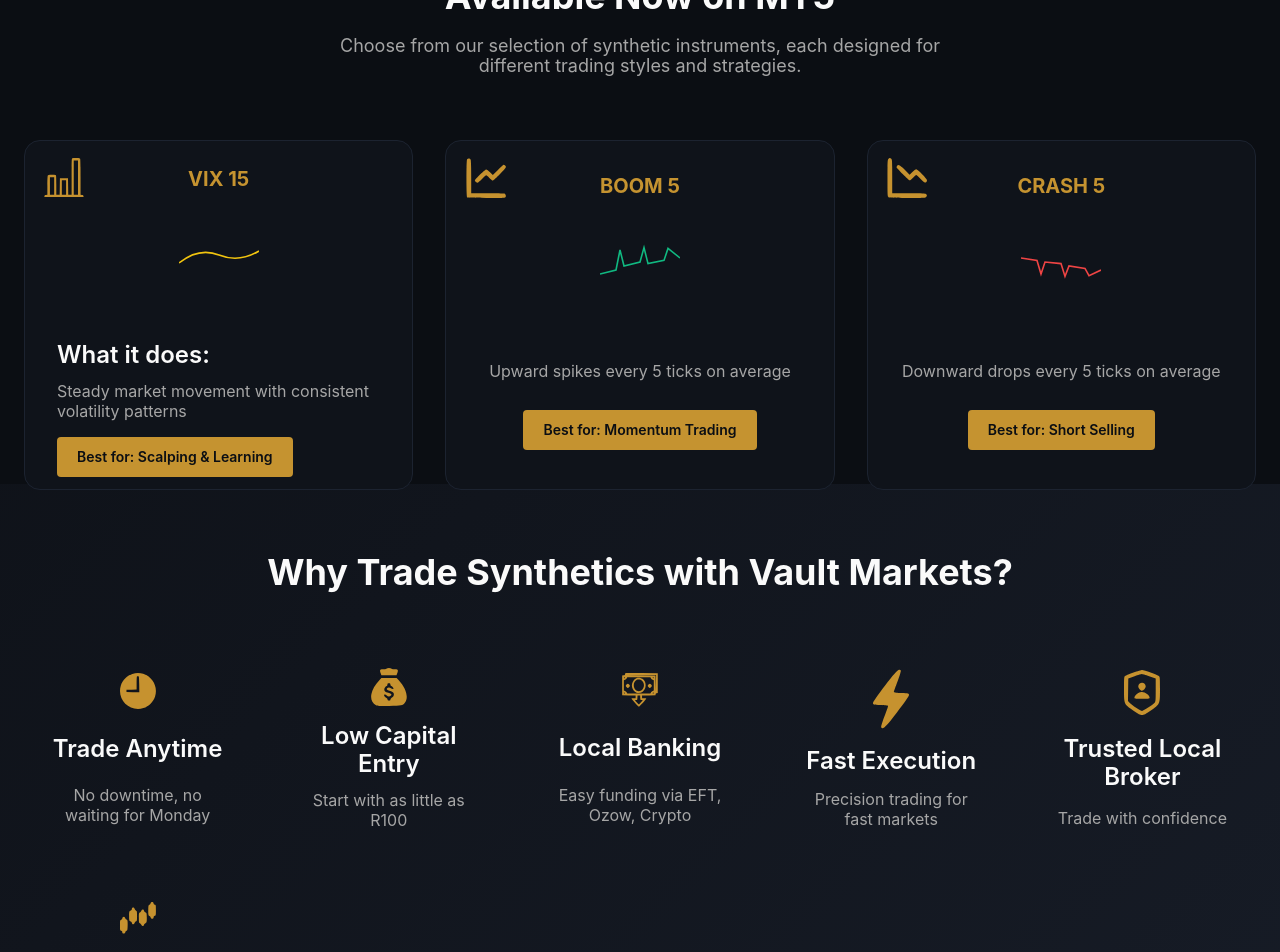
Repository: Jacques-Jaki-Morkel/VaultMarkets_Synthetics
Page: wp-copy/index.HTML
These files come from the project's save history. The page is drawn as it stood at one moment and after the next save; the edit follows.
The browser window is 1280 px wide. The pictures show the part of the page from y = 1358 to 2310 px (the page is 4689 px tall).

Above is the page before, as saved 2025-08-01 14:32:19.

After the next save:
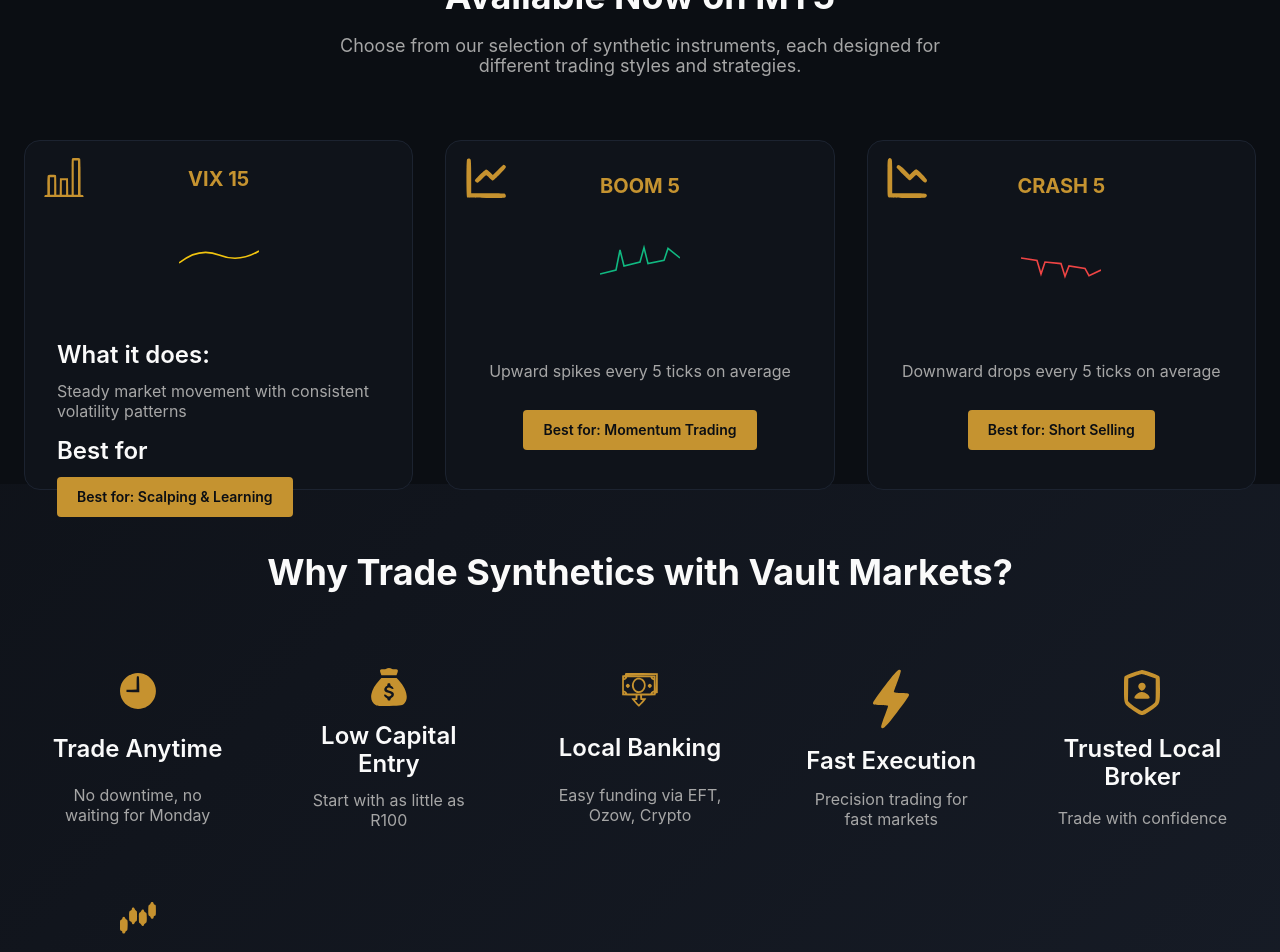
Saved 19 s later.
--- a/wp-copy/index.HTML
+++ b/wp-copy/index.HTML
@@ -91,6 +91,7 @@
                     <div class="vm-instrument-heading">
                         <h3 class="vm-instrument-title">What it does:</h3>
                     <p class="vm-instrument-description">Steady market movement with consistent volatility patterns</p>
+                    <h3 class="vm-instrument-title">Best for</h3>
                     <span class="vm-best-for">Best for: Scalping & Learning</span>
                     </div>
                 </div>
